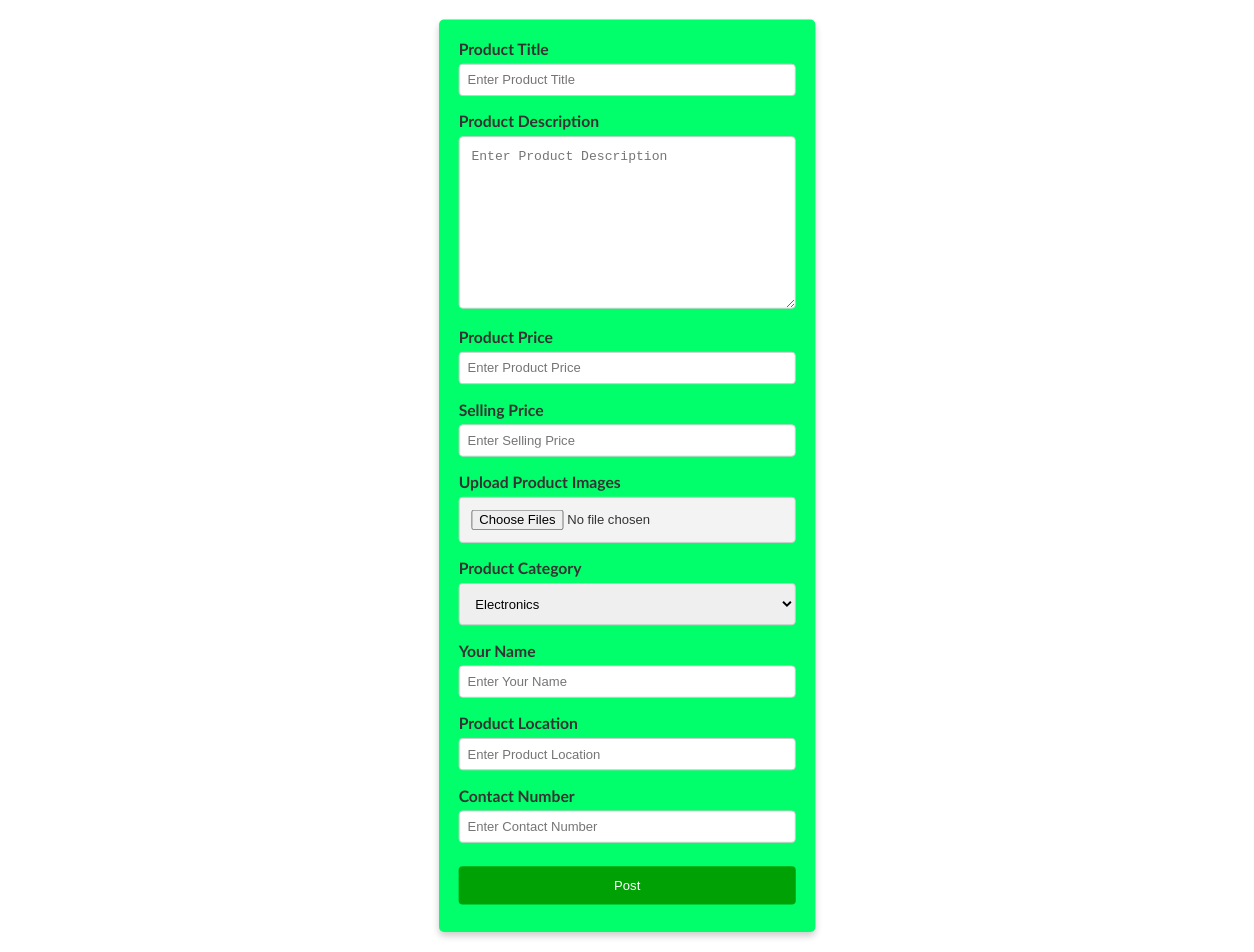
Repository: John-Prabu-A/web-dev-summer-school
Page: Session_1_Assignment/sell.html
The author's editor kept a copy of each file at every save. The page is drawn from the files as they stood at one save, then again after the next save.
The browser window is 1280 px wide. The pictures show the whole page, at 98% of full size.

Above is the page before, as saved 2024-06-20 14:58:38.

After the next save:
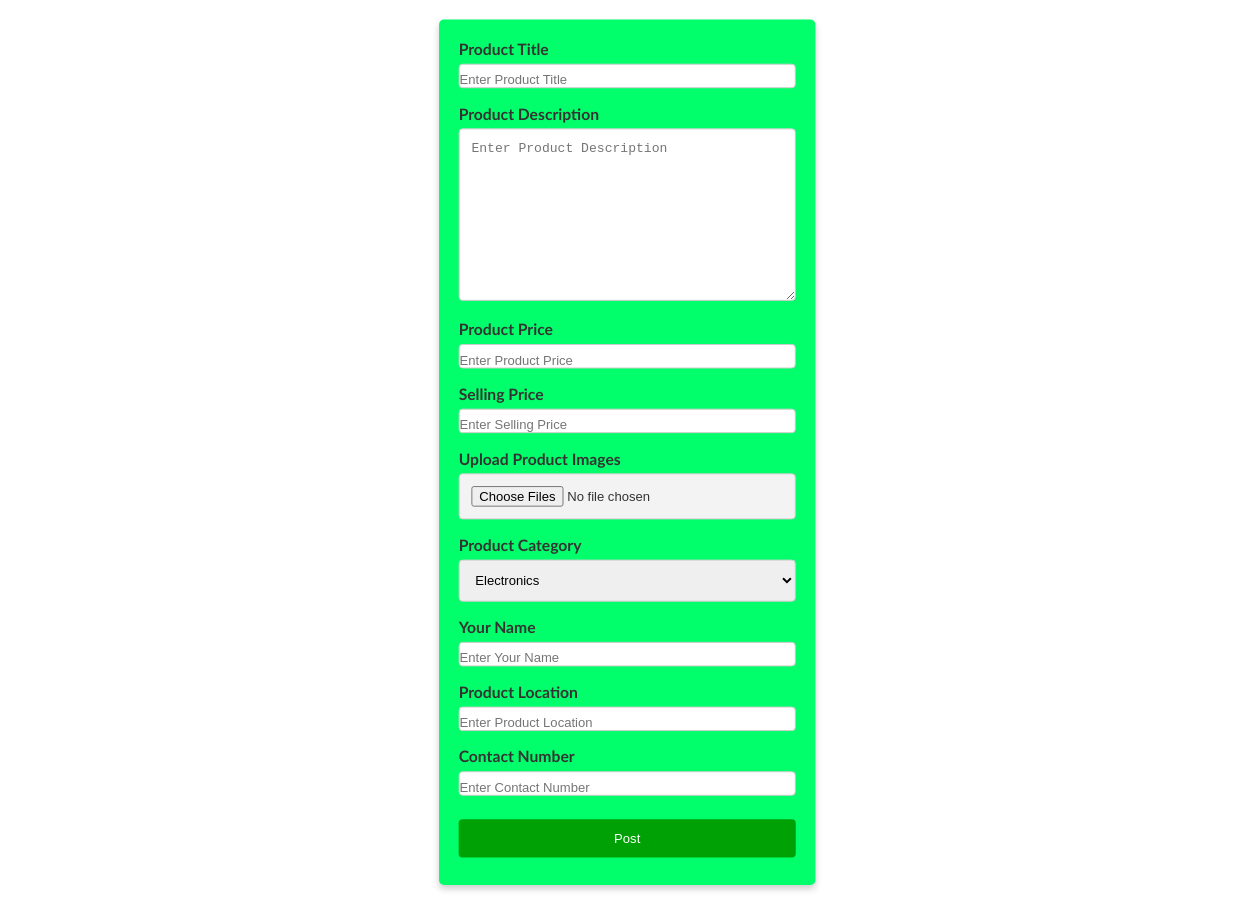
Saved 14 s later.
--- a/Session_1_Assignment/sell.html
+++ b/Session_1_Assignment/sell.html
@@ -19,7 +19,7 @@
 
         input[type=text], select, textarea {
             width: 100%;
-            padding: 8px;
+            padding-top: 8px;
             border: 1px solid #ccc;
             border-radius: 4px;
             box-sizing: border-box;

After the save that followed:
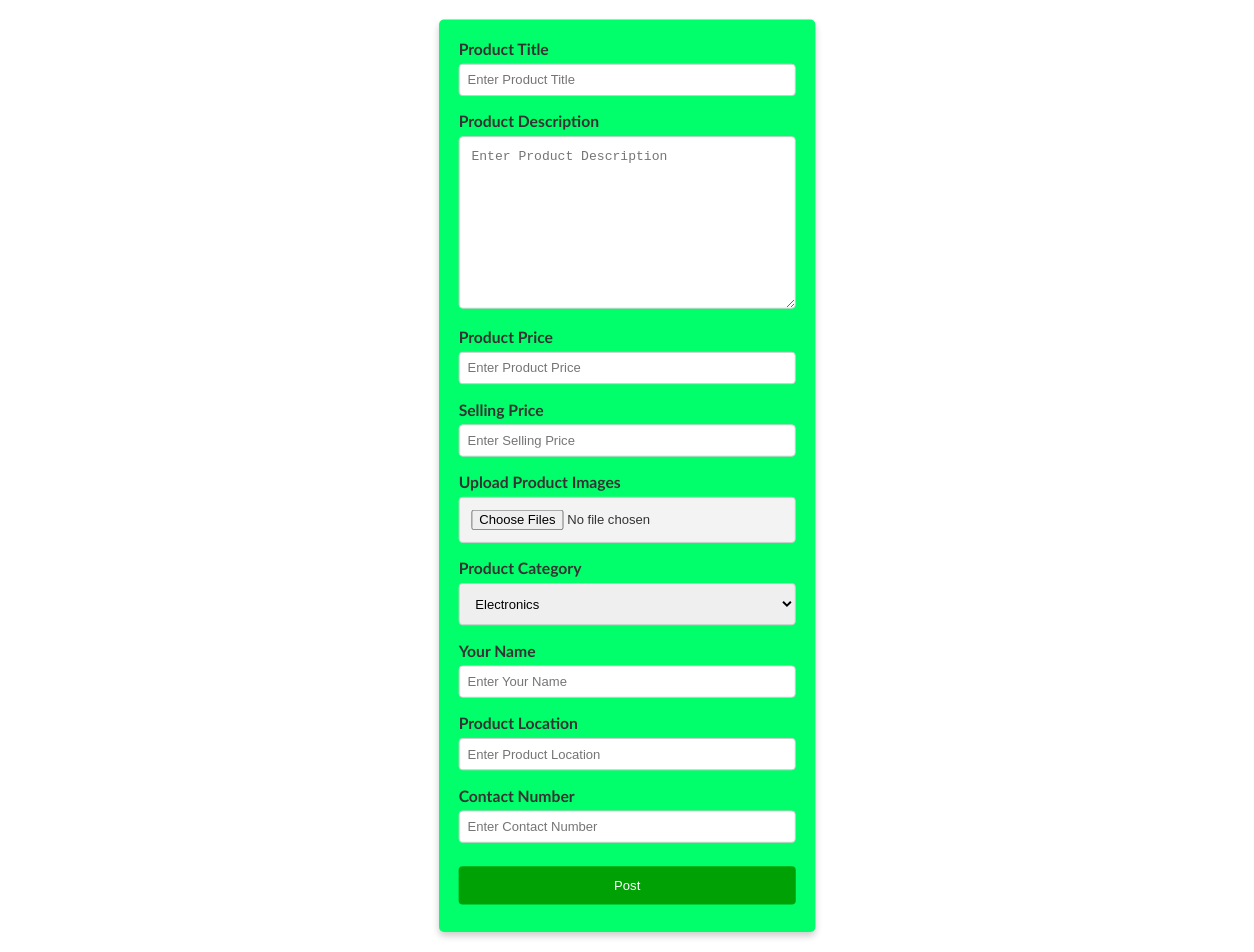
Saved 6 s later.
--- a/Session_1_Assignment/sell.html
+++ b/Session_1_Assignment/sell.html
@@ -19,7 +19,7 @@
 
         input[type=text], select, textarea {
             width: 100%;
-            padding-top: 8px;
+            padding: 8px;
             border: 1px solid #ccc;
             border-radius: 4px;
             box-sizing: border-box;
